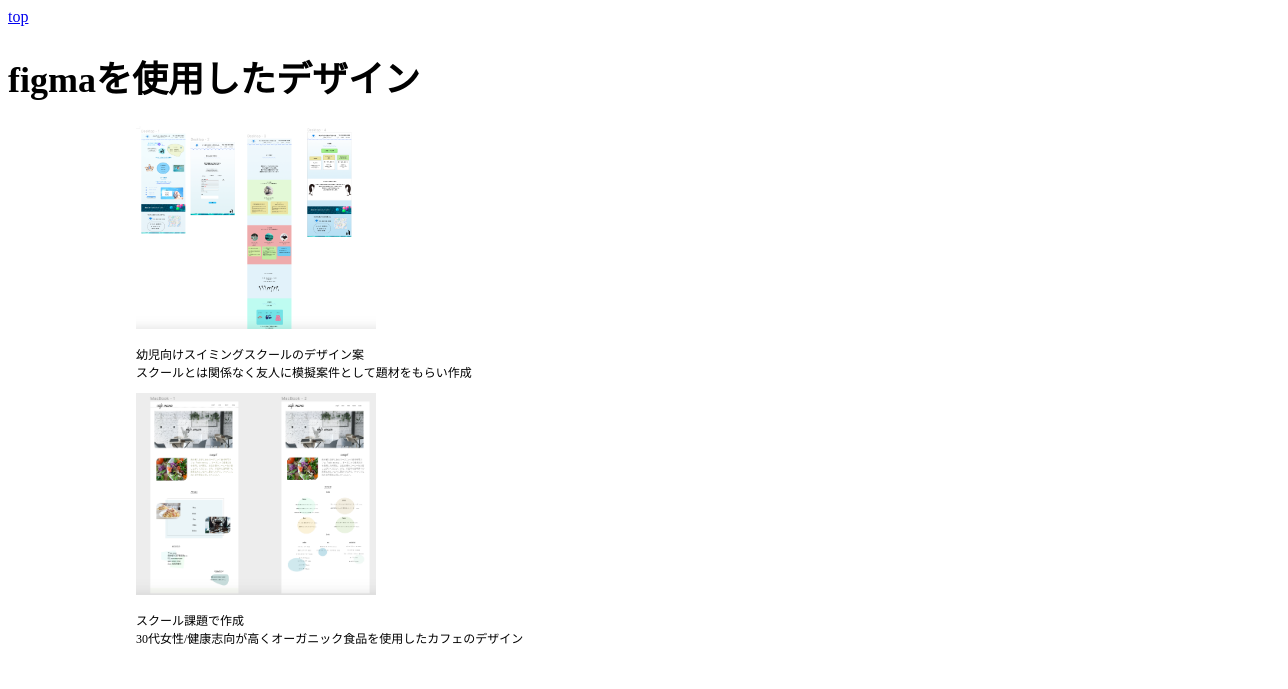
Repository: oninopantsu/onomann
Page: figma.html
These files come from the project's save history. The page is drawn as it stood at one moment and after a run of saves; the edit follows.
The browser window is 1280 px wide. The page is 1288 px wide, so the pictures cover 1288 px, including what lies to the right of the window. The pictures show the whole page.

Above is the page before, as saved 2021-08-17 12:20:18.

### figma.html
<!DOCTYPE html>
<html lang="en">
<head>
  <meta charset="UTF-8">
  <meta http-equiv="X-UA-Compatible" content="IE=edge">
  <meta name="viewport" content="width=device-width, initial-scale=1.0">
  <link rel="stylesheet" href="figma/styles.css">
  <title>figmaを使用したデザイン</title>
</head>
<body>
  <nav>
    <a href="index.html">top
    </a>
  </nav>
  <h1>figmaを使用したデザイン</h1>

  <div class="items">


    <a href="https://www.figma.com/file/XY01fwkQDAkL8OazeEc67t/Untitled?node-id=0%3A1"><img src="img/スイミングスクールデザイン.png" alt=""></a>
    <p>幼児向けスイミングスクールのデザイン案
      <br>スクールとは関係なく友人に模擬案件として題材をもらい作成
    </p>

    <a href="https://www.figma.com/file/KXfvIzwfq0REqEZ7dxTu8g/cafe-mona-p?node-id=0%3A1"><img src="img/カフェサイトデザイン.png" alt=""></a>
    <p>スクール課題で作成
      <br>30代女性/健康志向が高くオーガニック食品を使用したカフェのデザイン
    </p>

  </div>

</body>
</html>

### figma/styles.css
body {
  width: 100%;
}

h1 {
  font-size: 36px;
}

.items {
  width: 80%;
  margin: 0 auto;
}

img {
  width: 240px;
}

p {
  font-size: 12px;
}

After the next 2 saves:
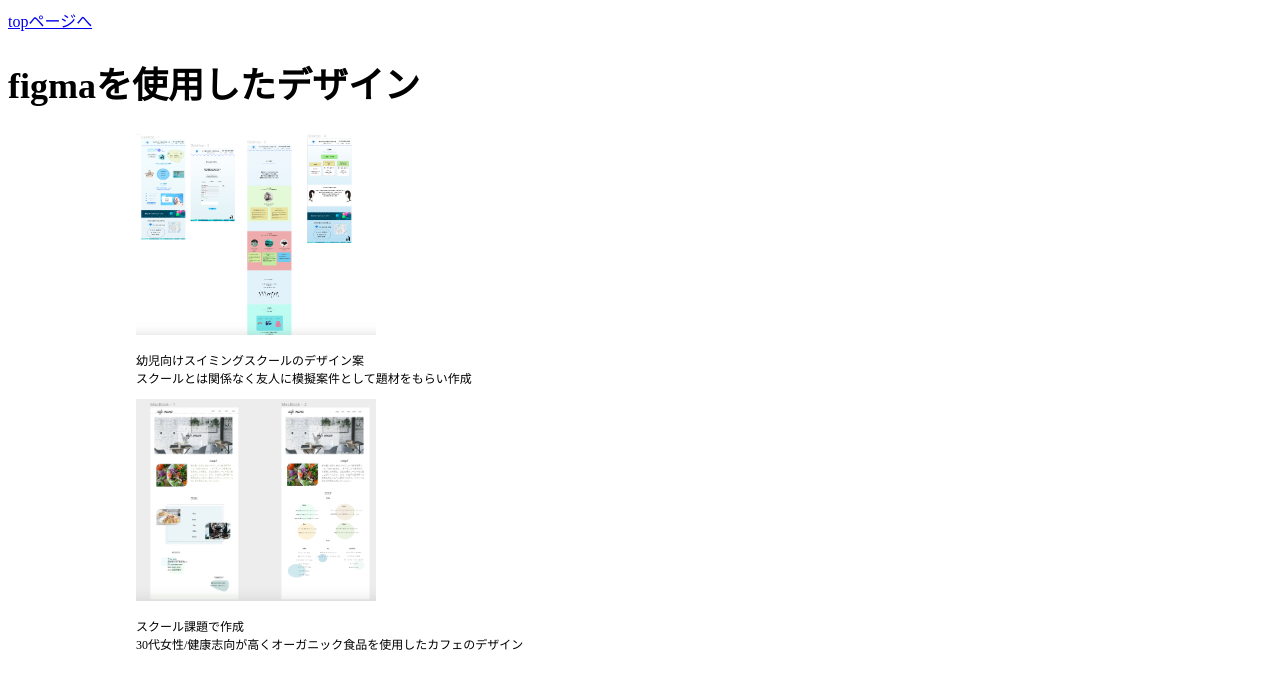
The 2 saves are shown as one change because they came seconds apart.
The last was saved 9 s later.
--- a/figma.html
+++ b/figma.html
@@ -9,7 +9,7 @@
 </head>
 <body>
   <nav>
-    <a href="index.html">top
+    <a href="index.html">topページへ
     </a>
   </nav>
   <h1>figmaを使用したデザイン</h1>
